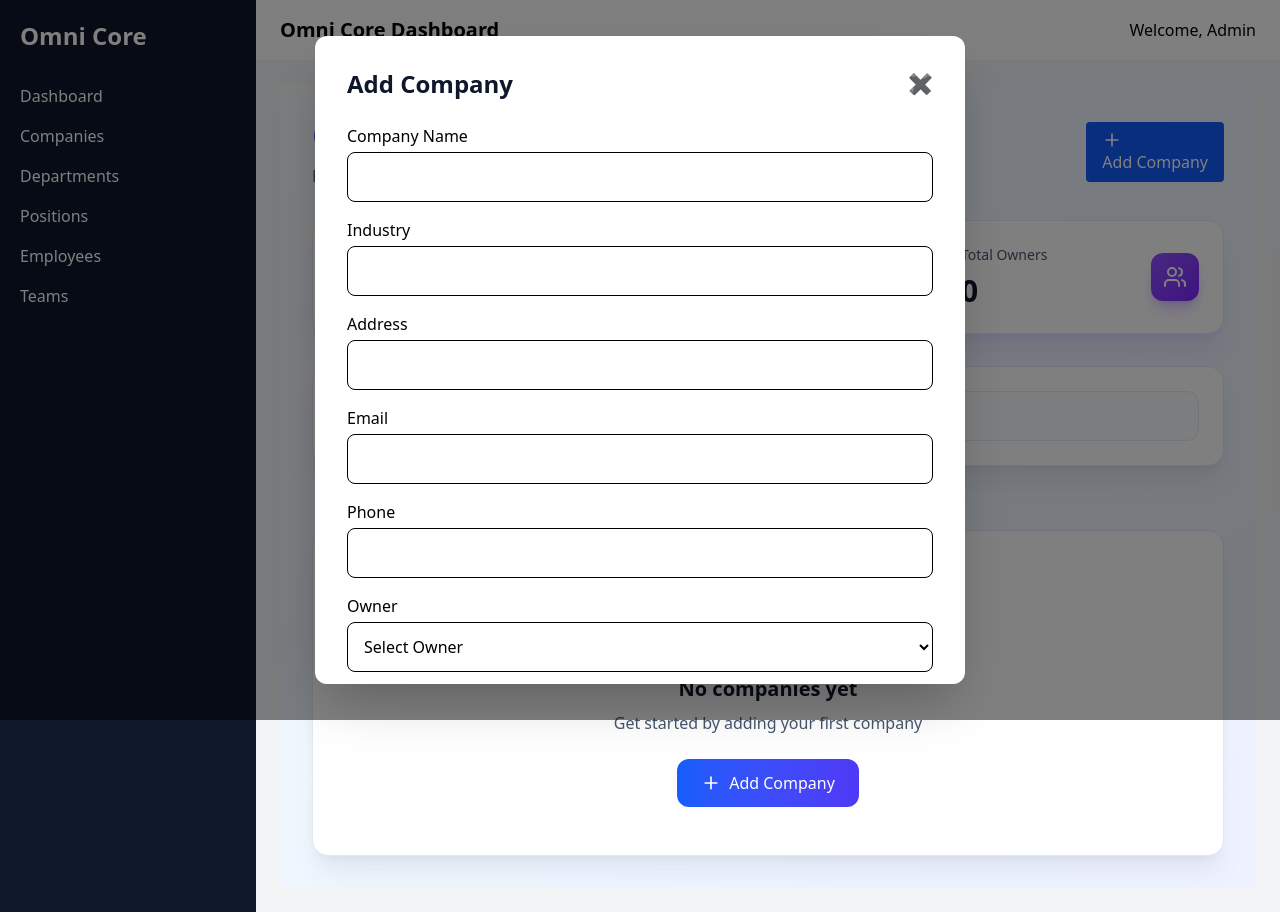
Repository: CoderShanto/Omni-Core
Page: /companies (app in frontend/), after clicking the first element matching `button.bg-blue-600`
An editor plug-in stored every save of this project. The page is shown before and after the next save, followed by the edit.
The browser window is 1280 px wide. The pictures show the whole page.
The page's requests for data from a server got no answer. An inner scrolling area shows only its first screen. The project was rebuilt for these pictures with package versions that can differ from the ones it lists, and the page was loaded fresh each time. No one was signed in, and anything a server would have sent is missing. Also part of the build but not shown: frontend/vite.config.ts, frontend/src/pages/Dashboard.tsx, frontend/src/pages/Departments.tsx, frontend/src/pages/Positions.tsx, frontend/src/pages/Employees.tsx, frontend/src/pages/Teams.tsx.

Above is the page before, as saved 2026-07-28 20:24:25.

After the next save:
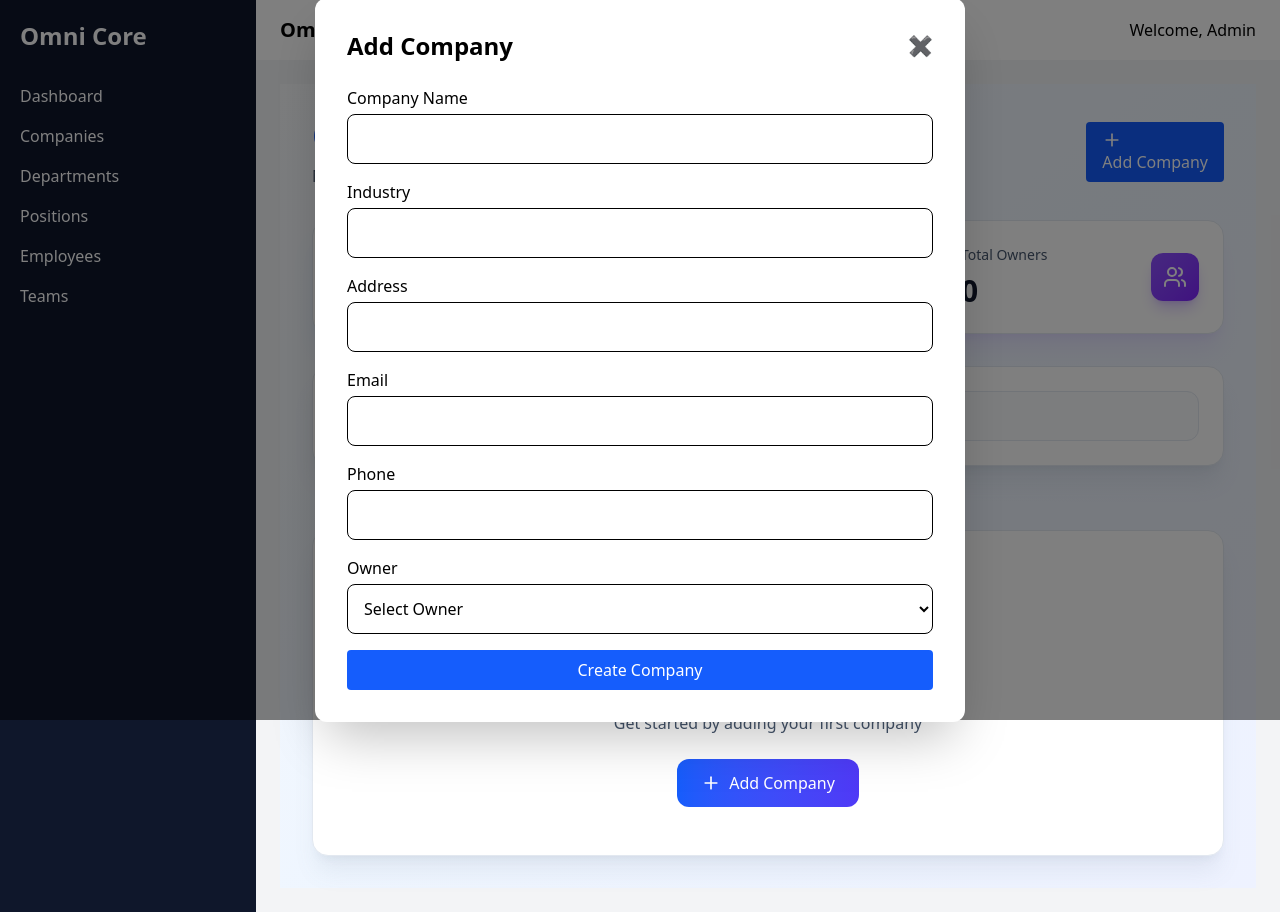
Saved 8 s later.
--- a/frontend/src/components/CompanyModal.tsx
+++ b/frontend/src/components/CompanyModal.tsx
@@ -1,4 +1,8 @@
-import CompanyForm, { CompanyData, CompanyFormData, Owner } from "./CompanyForm";
+import CompanyForm, {
+  CompanyData,
+  CompanyFormData,
+  Owner,
+} from "./CompanyForm";
 
 type Props = {
   open: boolean;
@@ -21,28 +25,33 @@ const CompanyModal = ({
 
   return (
     <div className="fixed inset-0 bg-black/50 flex justify-center items-center z-50 p-4">
-      <div className="bg-white dark:bg-slate-800 rounded-xl w-full max-w-[650px] p-8 max-h-[90vh] overflow-y-auto shadow-2xl">
+
+      <div className="bg-white rounded-xl w-full max-w-[650px] p-8 shadow-2xl">
+
         <div className="flex justify-between items-center mb-6">
-          <h2 className="text-2xl font-bold text-slate-900 dark:text-white">
+
+          <h2 className="text-2xl font-bold">
             {initialData ? "Edit Company" : "Add Company"}
           </h2>
+
           <button
             onClick={onClose}
-            className="text-xl text-slate-500 hover:text-slate-700 dark:hover:text-slate-300 transition-colors"
+            className="text-xl"
           >
             ✖
           </button>
+
         </div>
 
         <CompanyForm
-          open={open}
-          onClose={onClose}
           onSubmit={onSubmit}
           initialData={initialData}
           owners={owners}
           isLoading={isLoading}
         />
+
       </div>
+
     </div>
   );
 };
